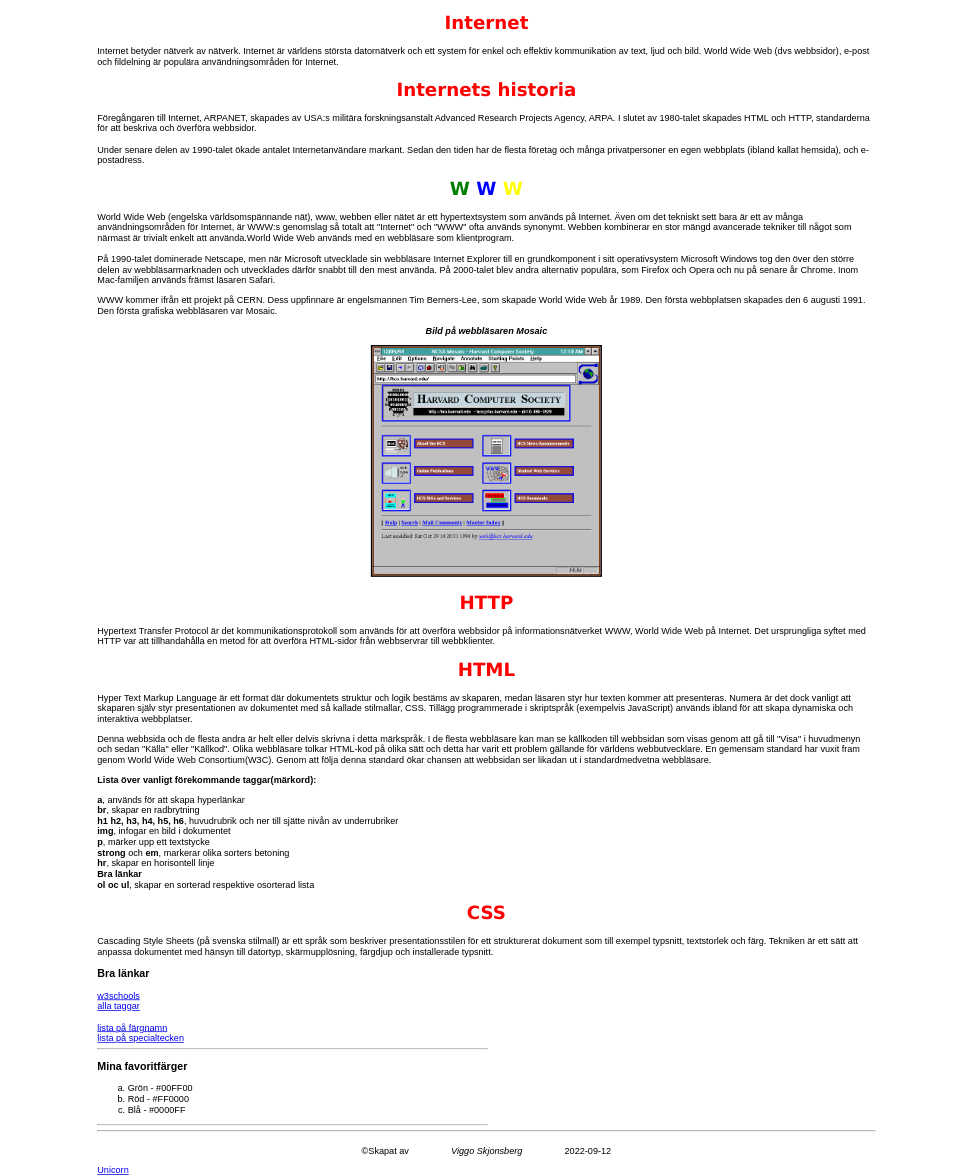
Repository: ViggoSkj/VGY
Page: ovningar/ovning2/ovning2.html
The author's editor kept a copy of each file at every save. The page is drawn from the files as they stood at one save, then again after the next save.
The browser window is 1280 px wide. The pictures show the whole page, at 76% of full size.

Above is the page before, as saved 2022-11-27 11:32:19.

After the next save:
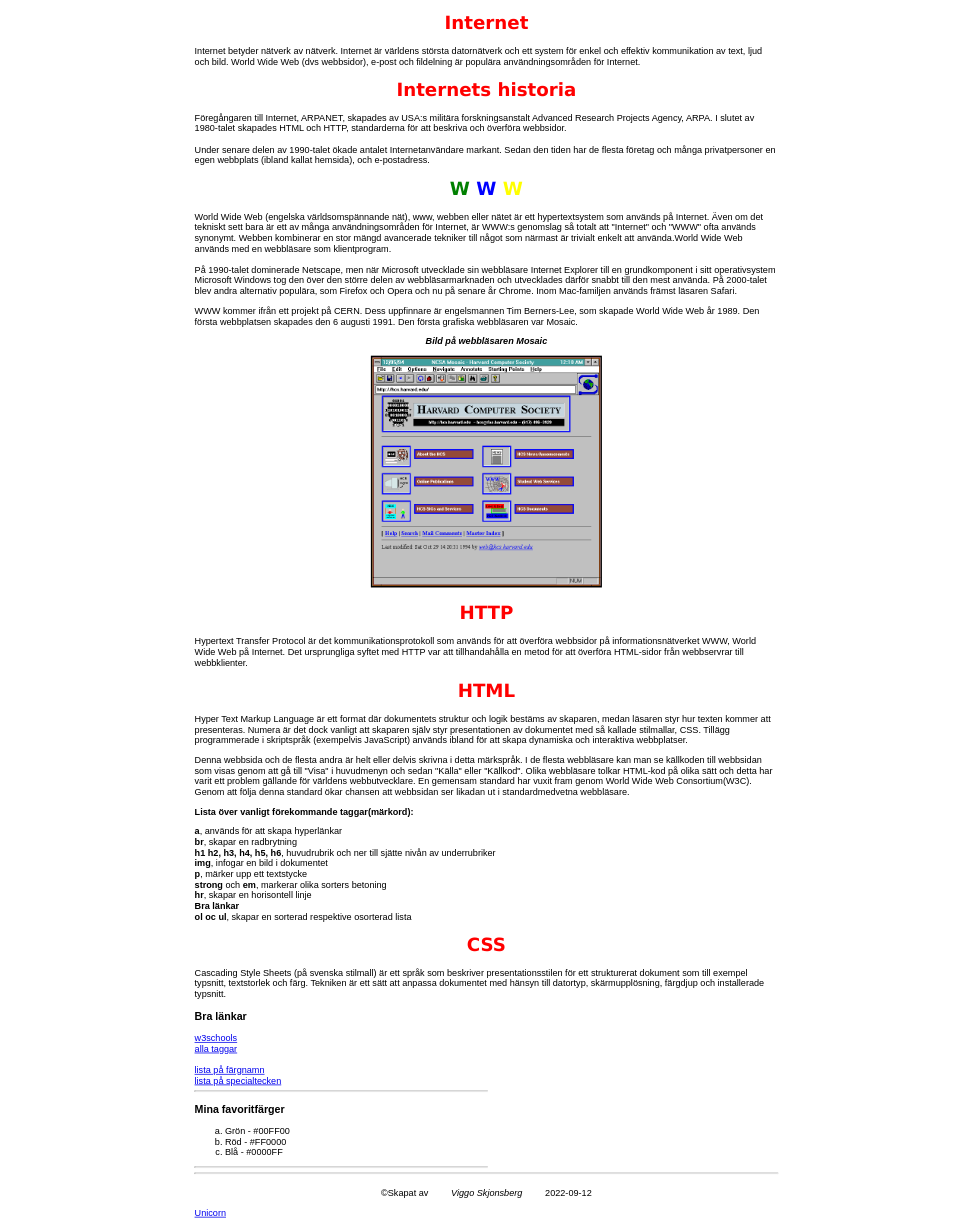
Saved 7 s later.
--- a/ovningar/ovning2/public/css/style.css
+++ b/ovningar/ovning2/public/css/style.css
@@ -1,6 +1,6 @@
 body.ovning-2
 {
-    width: 80%;
+    width: 60%;
     margin: auto;
     font-size: 12px;
     font-family: Arial, Helvetica, sans-serif;
